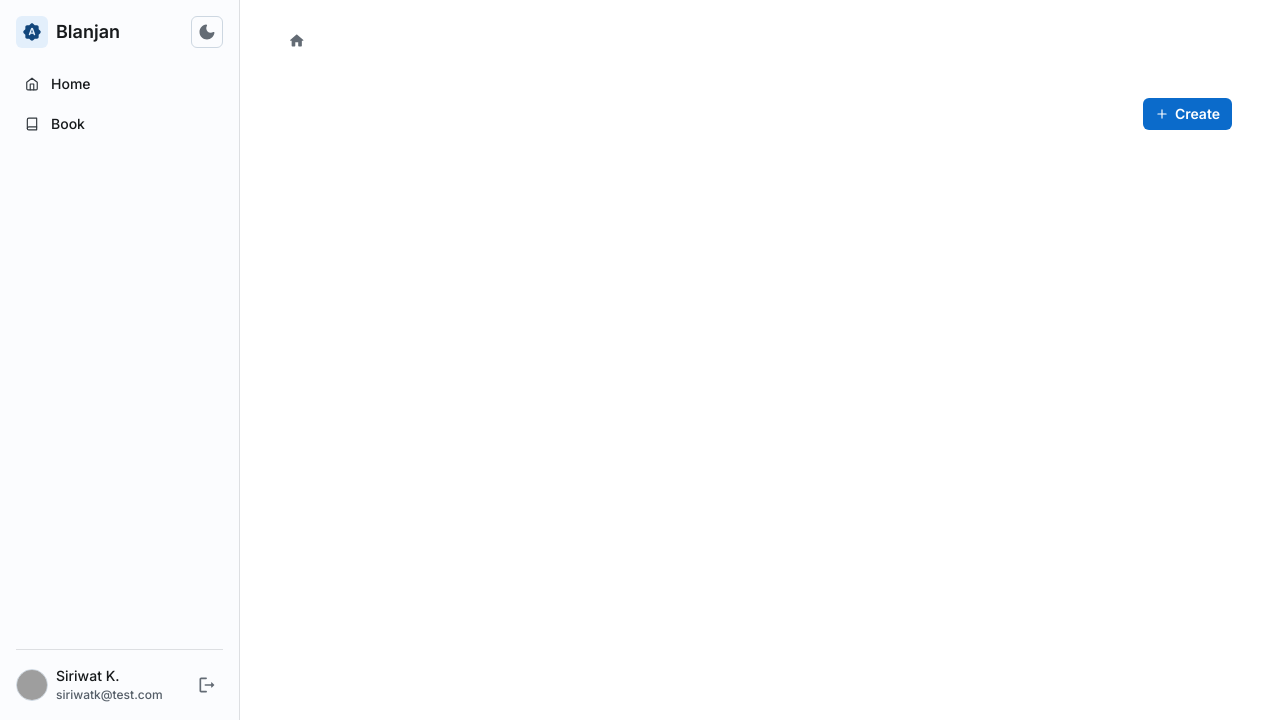
Repository: LaurentiusKevin/bookstore-fe
Page: /
An editor plug-in stored every save of this project. The page is shown before and after the next save, followed by the edit.
The browser window is 1280 px wide. The pictures show the whole page.
Pictures or frames that could not be fetched are drawn as grey boxes. The project was rebuilt for these pictures with package versions that can differ from the ones it lists, and the page was loaded fresh each time. The framework's server and built-in components were replaced by stand-ins that run in the browser. Also part of the build but not shown: next.config.mjs.

Above is the page before, as saved 2024-04-07 03:57:40.

### src/app/layout.tsx
import type { Metadata } from "next";
import { Inter } from "next/font/google";
import "@fontsource/inter";
import ThemeRegistry from "@/components/admin/theme-registry";
import { Providers } from "@/providers";
import { ReactNode } from "react";

const inter = Inter({ subsets: ["latin"] });

export const metadata: Metadata = {
  title: "Create Next App",
  description: "Generated by create next app",
};

export default function RootLayout({
  children,
}: Readonly<{
  children: ReactNode;
}>) {
  return (
    <html lang="en">
      <body suppressHydrationWarning={true}>
        <ThemeRegistry options={{ key: "joy" }}>
          <Providers>{children}</Providers>
        </ThemeRegistry>
      </body>
    </html>
  );
}

### src/app/page.tsx
"use client";

import AdminLayout from "@/components/admin/admin-layout";
import { Box, Button } from "@mui/joy";
import { FiPlus } from "react-icons/fi";

export default function Home() {
  return (
    <AdminLayout>
      <Box
        sx={{
          display: "flex",
          justifyContent: "right",
        }}
      >
        <Button
          component="a"
          color="primary"
          startDecorator={<FiPlus />}
          size="sm"
          // onClick={() => setIsOpenDrawer(true)}
        >
          Create
        </Button>
      </Box>
    </AdminLayout>
  );
}

### src/components/admin/theme-registry.tsx
"use client";
import createCache from "@emotion/cache";
import { useServerInsertedHTML } from "next/navigation";
import { CacheProvider } from "@emotion/react";
import { CssVarsProvider } from "@mui/joy/styles";
import CssBaseline from "@mui/joy/CssBaseline";
import * as React from "react";
import { ReactNode } from "react";

// This implementation is from emotion-js
// https://github.com/emotion-js/emotion/issues/2928#issuecomment-1319747902
export default function ThemeRegistry(props: {
  options: { key: string };
  children: ReactNode;
}) {
  const { options, children } = props;

  const [{ cache, flush }] = React.useState(() => {
    const cache = createCache(options);
    cache.compat = true;
    const prevInsert = cache.insert;
    let inserted: string[] = [];
    cache.insert = (...args) => {
      const serialized = args[1];
      if (cache.inserted[serialized.name] === undefined) {
        inserted.push(serialized.name);
      }
      return prevInsert(...args);
    };
    const flush = () => {
      const prevInserted = inserted;
      inserted = [];
      return prevInserted;
    };
    return { cache, flush };
  });

  useServerInsertedHTML(() => {
    const names = flush();
    if (names.length === 0) {
      return null;
    }
    let styles = "";
    for (const name of names) {
      styles += cache.inserted[name];
    }
    return (
      <style
        key={cache.key}
        data-emotion={`${cache.key} ${names.join(" ")}`}
        dangerouslySetInnerHTML={{
          __html: styles,
        }}
      />
    );
  });

  return (
    <CacheProvider value={cache}>
      <CssVarsProvider>
        {/* the custom theme is optional */}
        <CssBaseline />
        {children}
      </CssVarsProvider>
    </CacheProvider>
  );
}

### src/providers.tsx
"use client";

import React, { ReactNode } from "react";

export function Providers({ children }: { children: ReactNode }) {
  return <>{children}</>;
}

### src/components/admin/admin-layout.tsx
import { Box, CssBaseline, CssVarsProvider, Stack } from "@mui/joy";
import Sidebar from "@/components/admin/sidebar";
import Header from "@/components/admin/header";
import Typography from "@mui/joy/Typography";
import * as React from "react";
import { ReactNode } from "react";
import AdminBreadcrumbs from "@/components/admin/breadcrumbs";

export default function AdminLayout({
  children,
  contentMaxWidth = undefined,
  pageTitle = undefined,
}: {
  children?: ReactNode;
  contentMaxWidth?: string | undefined;
  pageTitle?: string;
}) {
  return (
    <CssVarsProvider disableTransitionOnChange>
      <CssBaseline />
      <Box sx={{ display: "flex", minHeight: "100dvh" }}>
        <Sidebar />
        <Header />
        <Box
          component="main"
          className="MainContent"
          sx={{
            pt: { xs: "calc(12px + var(--Header-height))", md: 3 },
            pb: { xs: 2, sm: 2, md: 3 },
            flex: 1,
            display: "flex",
            flexDirection: "column",
            minWidth: 0,
            height: "100dvh",
            gap: 1,
            overflow: "auto",
          }}
        >
          <Box sx={{ flex: 1, width: "100%" }}>
            <Box
              sx={{
                position: "sticky",
                top: { sm: -100, md: -110 },
                bgcolor: "background.body",
                // zIndex: 9995,
              }}
            >
              <Box sx={{ px: { xs: 2, md: 6 } }}>
                <AdminBreadcrumbs />
                <Typography level="h2" component="h1" sx={{ mt: 1, mb: 2 }}>
                  {pageTitle}
                </Typography>
              </Box>
              <Stack
                spacing={4}
                sx={{
                  display: "flex",
                  maxWidth: contentMaxWidth,
                  mx: "auto",
                  px: { xs: 2, md: 6 },
                  py: { xs: 2, md: 3 },
                }}
              >
                {children}
              </Stack>
            </Box>
          </Box>
        </Box>
      </Box>
    </CssVarsProvider>
  );
}

### src/components/admin/sidebar.tsx
import * as React from "react";
import GlobalStyles from "@mui/joy/GlobalStyles";
import Avatar from "@mui/joy/Avatar";
import Box from "@mui/joy/Box";
import Chip from "@mui/joy/Chip";
import Divider from "@mui/joy/Divider";
import IconButton from "@mui/joy/IconButton";
import List from "@mui/joy/List";
import ListItem from "@mui/joy/ListItem";
import ListItemButton, { listItemButtonClasses } from "@mui/joy/ListItemButton";
import ListItemContent from "@mui/joy/ListItemContent";
import Typography from "@mui/joy/Typography";
import Sheet from "@mui/joy/Sheet";
import HomeRoundedIcon from "@mui/icons-material/HomeRounded";
import AssignmentRoundedIcon from "@mui/icons-material/AssignmentRounded";
import QuestionAnswerRoundedIcon from "@mui/icons-material/QuestionAnswerRounded";
import LogoutRoundedIcon from "@mui/icons-material/LogoutRounded";
import BrightnessAutoRoundedIcon from "@mui/icons-material/BrightnessAutoRounded";
import KeyboardArrowDownIcon from "@mui/icons-material/KeyboardArrowDown";

import ColorSchemeToggle from "@/components/admin/color-scheme-toggle";
import { closeSidebar } from "@/utils";
import { FiBook, FiHome } from "react-icons/fi";

function Toggler({
  defaultExpanded = false,
  renderToggle,
  children,
}: {
  defaultExpanded?: boolean;
  children: React.ReactNode;
  renderToggle: (params: {
    open: boolean;
    setOpen: React.Dispatch<React.SetStateAction<boolean>>;
  }) => React.ReactNode;
}) {
  const [open, setOpen] = React.useState(defaultExpanded);
  return (
    <React.Fragment>
      {renderToggle({ open, setOpen })}
      <Box
        sx={{
          display: "grid",
          gridTemplateRows: open ? "1fr" : "0fr",
          transition: "0.2s ease",
          "& > *": {
            overflow: "hidden",
          },
        }}
      >
        {children}
      </Box>
    </React.Fragment>
  );
}

export default function Sidebar() {
  return (
    <Sheet
      className="Sidebar"
      sx={{
        position: { xs: "fixed", md: "sticky" },
        transform: {
          xs: "translateX(calc(100% * (var(--SideNavigation-slideIn, 0) - 1)))",
          md: "none",
        },
        transition: "transform 0.4s, width 0.4s",
        zIndex: 3,
        height: "100dvh",
        width: "var(--Sidebar-width)",
        top: 0,
        p: 2,
        flexShrink: 0,
        display: "flex",
        flexDirection: "column",
        gap: 2,
        borderRight: "1px solid",
        borderColor: "divider",
      }}
    >
      <GlobalStyles
        styles={(theme) => ({
          ":root": {
            "--Sidebar-width": "220px",
            [theme.breakpoints.up("lg")]: {
              "--Sidebar-width": "240px",
            },
          },
        })}
      />
      <Box
        className="Sidebar-overlay"
        sx={{
          position: "fixed",
          zIndex: 4,
          top: 0,
          left: 0,
          width: "100vw",
          height: "100vh",
          opacity: "var(--SideNavigation-slideIn)",
          backgroundColor: "var(--joy-palette-background-backdrop)",
          transition: "opacity 0.4s",
          transform: {
            xs: "translateX(calc(100% * (var(--SideNavigation-slideIn, 0) - 1) + var(--SideNavigation-slideIn, 0) * var(--Sidebar-width, 0px)))",
            lg: "translateX(-100%)",
          },
        }}
        onClick={() => closeSidebar()}
      />
      <Box sx={{ display: "flex", gap: 1, alignItems: "center" }}>
        <IconButton variant="soft" color="primary" size="sm">
          <BrightnessAutoRoundedIcon />
        </IconButton>
        <Typography level="title-lg">Blanjan</Typography>
        <ColorSchemeToggle sx={{ ml: "auto" }} />
      </Box>
      <Box
        sx={{
          minHeight: 0,
          overflow: "hidden auto",
          flexGrow: 1,
          display: "flex",
          flexDirection: "column",
          [`& .${listItemButtonClasses.root}`]: {
            gap: 1.5,
          },
        }}
      >
        <List
          size="sm"
          sx={{
            gap: 1,
            "--List-nestedInsetStart": "30px",
            "--ListItem-radius": (theme) => theme.vars.radius.sm,
          }}
        >
          <ListItem>
            <ListItemButton component="a" href="/admin">
              <FiHome />
              <ListItemContent>
                <Typography level="title-sm">Home</Typography>
              </ListItemContent>
            </ListItemButton>
          </ListItem>
          <ListItem>
            <ListItemButton component="a" href="/admin/book">
              <FiBook />
              <ListItemContent>
                <Typography level="title-sm">Book</Typography>
              </ListItemContent>
            </ListItemButton>
          </ListItem>
        </List>
      </Box>
      <Divider />
      <Box sx={{ display: "flex", gap: 1, alignItems: "center" }}>
        <Avatar
          variant="outlined"
          size="sm"
          src="https://images.unsplash.com/photo-1535713875002-d1d0cf377fde?auto=format&fit=crop&w=286"
        />
        <Box sx={{ minWidth: 0, flex: 1 }}>
          <Typography level="title-sm">Siriwat K.</Typography>
          <Typography level="body-xs">siriwatk@test.com</Typography>
        </Box>
        <IconButton size="sm" variant="plain" color="neutral">
          <LogoutRoundedIcon />
        </IconButton>
      </Box>
    </Sheet>
  );
}

### src/components/admin/header.tsx
import * as React from "react";
import GlobalStyles from "@mui/joy/GlobalStyles";
import IconButton from "@mui/joy/IconButton";
import Sheet from "@mui/joy/Sheet";
import MenuRoundedIcon from "@mui/icons-material/MenuRounded";
import { toggleSidebar } from "@/utils";

export default function Header() {
  return (
    <Sheet
      sx={{
        display: { xs: "flex", md: "none" },
        alignItems: "center",
        justifyContent: "space-between",
        position: "fixed",
        top: 0,
        width: "100vw",
        height: "var(--Header-height)",
        zIndex: 2,
        p: 2,
        gap: 1,
        borderBottom: "1px solid",
        borderColor: "background.level1",
        boxShadow: "sm",
      }}
    >
      <GlobalStyles
        styles={(theme) => ({
          ":root": {
            "--Header-height": "52px",
            [theme.breakpoints.up("md")]: {
              "--Header-height": "0px",
            },
          },
        })}
      />
      <IconButton
        onClick={() => toggleSidebar()}
        variant="outlined"
        color="neutral"
        size="sm"
      >
        <MenuRoundedIcon />
      </IconButton>
    </Sheet>
  );
}

### src/components/admin/breadcrumbs.tsx
"use client";

import ChevronRightRoundedIcon from "@mui/icons-material/ChevronRightRounded";
import Link from "@mui/joy/Link";
import HomeRoundedIcon from "@mui/icons-material/HomeRounded";
import Breadcrumbs from "@mui/joy/Breadcrumbs";
import * as React from "react";
import { usePathname } from "next/navigation";

export default function AdminBreadcrumbs() {
  const paths = usePathname();
  const pathNames = paths
    .replace("-", " ")
    .split("/")
    .filter((path) => path);

  return (
    <Breadcrumbs
      size="sm"
      aria-label="breadcrumbs"
      separator={<ChevronRightRoundedIcon />}
      sx={{ pl: 0 }}
    >
      <Link underline="none" color="neutral" href="/admin" aria-label="Home">
        <HomeRoundedIcon />
      </Link>
      {pathNames.map((item, key) => {
        if (key >= 0 && item != "admin") {
          let href = `/${pathNames.slice(0, key + 1).join("/")}`;

          return (
            <Link
              key={`admin-breadcrumb-${key}`}
              underline="hover"
              color="neutral"
              href={href}
              fontSize={12}
              fontWeight={500}
            >
              {item.charAt(0).toUpperCase() + item.slice(1)}
            </Link>
          );
        }
      })}
    </Breadcrumbs>
  );
}

### src/components/admin/color-scheme-toggle.tsx
import * as React from "react";
import { useColorScheme } from "@mui/joy/styles";
import IconButton, { IconButtonProps } from "@mui/joy/IconButton";

import DarkModeRoundedIcon from "@mui/icons-material/DarkModeRounded";
import LightModeIcon from "@mui/icons-material/LightMode";

export default function ColorSchemeToggle(props: IconButtonProps) {
  const { onClick, sx, ...other } = props;
  const { mode, setMode } = useColorScheme();
  const [mounted, setMounted] = React.useState(false);
  React.useEffect(() => {
    setMounted(true);
  }, []);
  if (!mounted) {
    return (
      <IconButton
        size="sm"
        variant="outlined"
        color="neutral"
        {...other}
        sx={sx}
        disabled
      />
    );
  }
  return (
    <IconButton
      id="toggle-mode"
      size="sm"
      variant="outlined"
      color="neutral"
      {...props}
      onClick={(event) => {
        if (mode === "light") {
          setMode("dark");
        } else {
          setMode("light");
        }
        onClick?.(event);
      }}
      sx={[
        {
          "& > *:first-of-type": {
            display: mode === "dark" ? "none" : "initial",
          },
          "& > *:last-of-type": {
            display: mode === "light" ? "none" : "initial",
          },
        },
        ...(Array.isArray(sx) ? sx : [sx]),
      ]}
    >
      <DarkModeRoundedIcon />
      <LightModeIcon />
    </IconButton>
  );
}

### src/utils.ts
import moment from "moment/moment";

export function openSidebar() {
  if (typeof window !== "undefined") {
    document.body.style.overflow = "hidden";
    document.documentElement.style.setProperty("--SideNavigation-slideIn", "1");
  }
}

export function closeSidebar() {
  if (typeof window !== "undefined") {
    document.documentElement.style.removeProperty("--SideNavigation-slideIn");
    document.body.style.removeProperty("overflow");
  }
}

export function toggleSidebar() {
  if (typeof window !== "undefined" && typeof document !== "undefined") {
    const slideIn = window
      .getComputedStyle(document.documentElement)
      .getPropertyValue("--SideNavigation-slideIn");
    if (slideIn) {
      closeSidebar();
    } else {
      openSidebar();
    }
  }
}

export function dateTimeFormat(datetime: string) {
  return moment(datetime).format("MMM DD, YYYY (hh:mm:ss)");
}

export function roundUp(num: number, precision: number): number {
  precision = Math.pow(10, precision);
  return Math.ceil(num * precision) / precision;
}

After the next save:
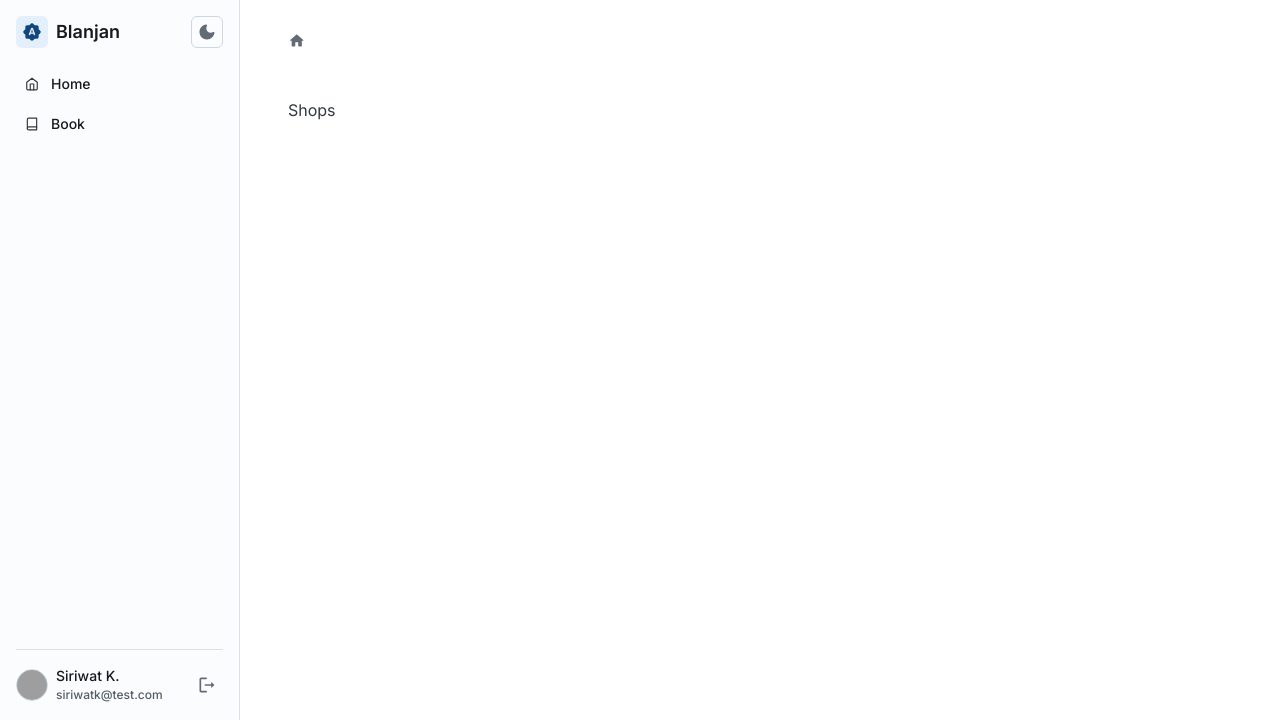
Saved 33 s later.
--- a/src/app/page.tsx
+++ b/src/app/page.tsx
@@ -1,7 +1,7 @@
 "use client";
 
 import AdminLayout from "@/components/admin/admin-layout";
-import { Box, Button } from "@mui/joy";
+import { Box, Button, Typography } from "@mui/joy";
 import { FiPlus } from "react-icons/fi";
 
 export default function Home() {
@@ -10,18 +10,9 @@ export default function Home() {
       <Box
         sx={{
           display: "flex",
-          justifyContent: "right",
         }}
       >
-        <Button
-          component="a"
-          color="primary"
-          startDecorator={<FiPlus />}
-          size="sm"
-          // onClick={() => setIsOpenDrawer(true)}
-        >
-          Create
-        </Button>
+        <Typography>Shops</Typography>
       </Box>
     </AdminLayout>
   );
